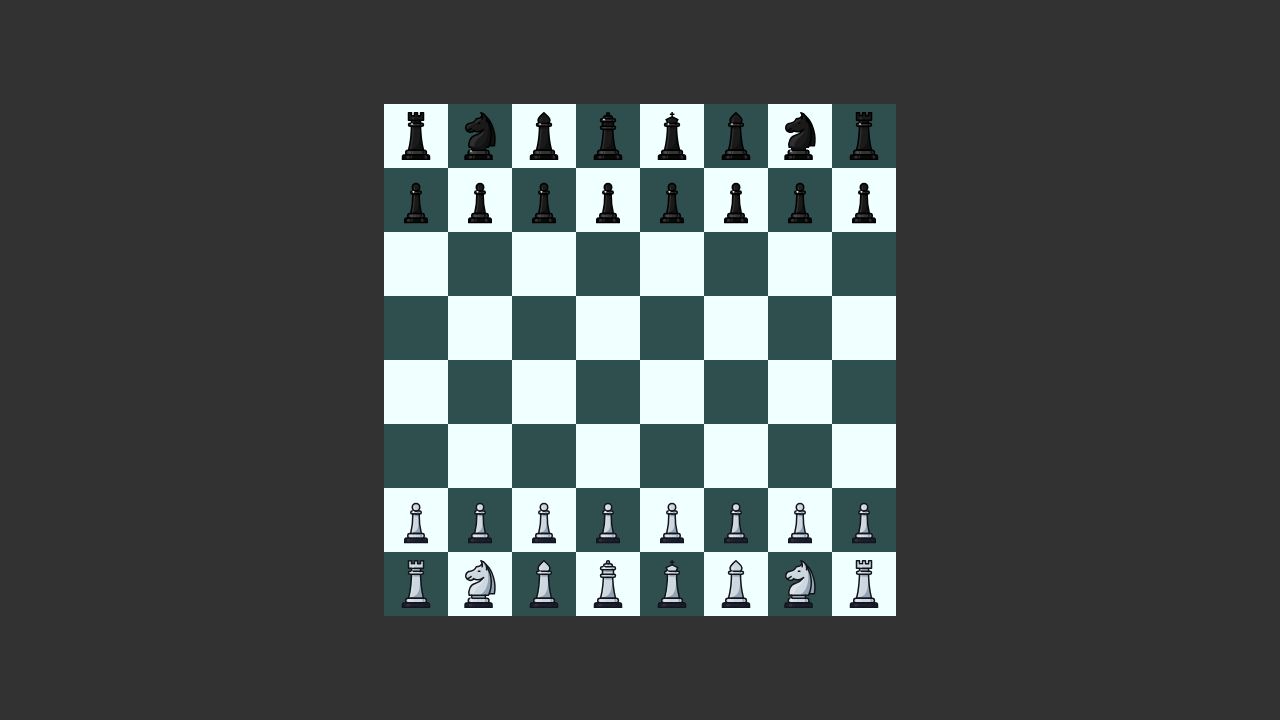
Repository: Mirsmog/react-chess
Page: /
An editor plug-in stored every save of this project. The page is shown before and after the next save, followed by the edit.
The browser window is 1280 px wide. The pictures show the whole page.
The project was rebuilt for these pictures with package versions that can differ from the ones it lists, and the page was loaded fresh each time. Also part of the build but not shown: vite.config.ts.

Above is the page before, as saved 2023-10-28 14:58:19.

### src/App.tsx
import BoardComponent from '@/components/BoardComponent';
import { Board } from './models/Board';
import React from 'react';

const App = () => {
  const [board, setBoard] = React.useState(new Board());

  React.useEffect(() => {
    restart();
  }, []);

  function restart() {
    const newBoard = new Board();
    newBoard.initCells();
    newBoard.addFigures()
    setBoard(newBoard);
  }
  return (
    <div className='app'>
      <BoardComponent board={board} setBoard={setBoard} />
    </div>
  );
};

export default App;

### src/index.css
:root {
  --sell-size: 64px;
}

* {
  margin: 0;
  padding: 0;
}

.app {
  background-color: #323232;
  width: 100vw;
  height: 100vh;
  display: flex;
  justify-content: center;
  align-items: center;
}

.board {
  display: flex;
  width: calc(var(--sell-size) * 8);
  height: calc(var(--sell-size) * 8);
  flex-wrap: wrap;
}

.cell {
  width: var(--sell-size);
  height: var(--sell-size);
  display: flex;
  justify-content: center;
  align-items: center;
}

.cell img {
  width: 48px;
  height: 48px;
  position: relative;
}

img[src*="/src/assets/pawn-white.svg"],
img[src*="/src/assets/pawn-black.svg"] {
  /* transform: scale(1.18); */
  transform: translateY(3px);
}

.black {
  background-color: darkslategrey;
}

.white {
  background-color: azure;
}

### src/components/BoardComponent.tsx
import { Board } from '@/models/Board';
import React from 'react';
import CellComponent from './CellComponent';

type Props = {
  board: Board;
  setBoard: (board: Board) => void;
};

const BoardComponent: React.FC<Props> = ({ board, setBoard }) => {
  return (
    <div className='board'>
      {board.cells.map((row, index) => (
        <React.Fragment key={index}>
          {row.map((cell) => (
            <CellComponent key={cell.id} cell={cell} />
          ))}
        </React.Fragment>
      ))}
    </div>
  );
};

export default BoardComponent;

### src/models/Board.ts
import { Cell } from './Cell';
import { Colors } from './Colors';
import { Bishop } from './figures/Bishop';
import { King } from './figures/King';
import { Knight } from './figures/Knight';
import { Pawn } from './figures/Pawn';
import { Queen } from './figures/Queen';
import { Rook } from './figures/Rook';

export class Board {
  cells: Cell[][] = [];

  public initCells() {
    for (let i = 0; i < 8; i++) {
      const row: Cell[] = [];
      for (let j = 0; j < 8; j++) {
        if ((i + j) % 2 !== 0) {
          row.push(new Cell(this, j, i, Colors.BLACK, null)); // black
        } else {
          row.push(new Cell(this, j, i, Colors.WHITE, null)); // white
        }
      }
      this.cells.push(row);
    }
  }
  public getCell(x: number, y: number) {
    return this.cells[y][x];
  }

  private addPawns() {
    for (let i = 0; i < 8; i++) {
      new Pawn(Colors.BLACK, this.getCell(i, 1));
      new Pawn(Colors.WHITE, this.getCell(i, 6));
    }
  }
  private addKings() {
    new King(Colors.BLACK, this.getCell(4, 0));
    new King(Colors.WHITE, this.getCell(4, 7));
  }
  private addQueens() {
    new Queen(Colors.BLACK, this.getCell(3, 0));
    new Queen(Colors.WHITE, this.getCell(3, 7));
  }
  private addBishops() {
    new Bishop(Colors.BLACK, this.getCell(2, 0));
    new Bishop(Colors.BLACK, this.getCell(5, 0));
    new Bishop(Colors.WHITE, this.getCell(2, 7));
    new Bishop(Colors.WHITE, this.getCell(5, 7));
  }
  private addKnights() {
    new Knight(Colors.BLACK, this.getCell(1, 0));
    new Knight(Colors.BLACK, this.getCell(6, 0));
    new Knight(Colors.WHITE, this.getCell(1, 7));
    new Knight(Colors.WHITE, this.getCell(6, 7));
  }
  private addRooks() {
    new Rook(Colors.BLACK, this.getCell(0, 0));
    new Rook(Colors.BLACK, this.getCell(7, 0));
    new Rook(Colors.WHITE, this.getCell(0, 7));
    new Rook(Colors.WHITE, this.getCell(7, 7));
  }

  public addFigures() {
    this.addKings();
    this.addBishops();
    this.addKnights();
    this.addQueens();
    this.addPawns();
    this.addRooks();
  }
}

### src/components/CellComponent.tsx
import { Cell } from '@/models/Cell';
import React from 'react';

type Props = {
  cell: Cell;
};

const CellComponent: React.FC<Props> = ({ cell }) => {
  return (
    <div className={`cell ${cell.color}`}>
      {cell.figure?.logo && (
        <img src={cell.figure.logo} alt={cell.figure.logo} />
      )}
    </div>
  );
};

export default CellComponent;

### src/models/Cell.ts
import { Board } from './Board';
import { Colors } from './Colors';
import { Figure } from './figures/Figure';

export class Cell {
  readonly x: number;
  readonly y: number;
  readonly color: Colors;
  figure: Figure | null;
  board: Board;
  available: boolean;
  id: number;

  constructor(
    board: Board,
    x: number,
    y: number,
    color: Colors,
    figure: Figure | null
  ) {
    this.board = board;
    this.figure = figure;
    this.color = color;
    this.x = x;
    this.y = y;
    this.available = false;
    this.id = Math.random();
  }
}

### src/models/Colors.ts
export enum Colors {
  BLACK = 'black',
  WHITE = 'white',
}

### src/models/figures/Bishop.ts
import { Cell } from '../Cell';
import { Colors } from '../Colors';
import { Figure, FigureName } from './Figure';
import bishopBlack from '@/assets/bishop-black.svg';
import bishopWhite from '@/assets/bishop-white.svg';
export class Bishop extends Figure {
  constructor(color: Colors, cell: Cell) {
    super(color, cell);
    this.logo = color === Colors.BLACK ? bishopBlack : bishopWhite;
    this.name = FigureName.BISHOP
  }
}

### src/models/figures/King.ts
import { Cell } from '../Cell';
import { Colors } from '../Colors';
import { Figure, FigureName } from './Figure';
import kingBlack from '@/assets/king-black.svg';
import kingWhite from '@/assets/king-white.svg';
export class King extends Figure {
  constructor(color: Colors, cell: Cell) {
    super(color, cell);
    this.logo = color === Colors.BLACK ? kingBlack : kingWhite;
    this.name = FigureName.KING
  }
}

### src/models/figures/Knight.ts
import { Cell } from '../Cell';
import { Colors } from '../Colors';
import { Figure, FigureName } from './Figure';
import knightBlack from '@/assets/knight-black.svg';
import knightWhite from '@/assets/knight-white.svg';
export class Knight extends Figure {
  constructor(color: Colors, cell: Cell) {
    super(color, cell);
    this.logo = color === Colors.BLACK ? knightBlack : knightWhite;
    this.name = FigureName.KNIGHT
  }
}

### src/models/figures/Pawn.ts
import { Cell } from '../Cell';
import { Colors } from '../Colors';
import { Figure, FigureName } from './Figure';
import pawnBlack from '@/assets/pawn-black.svg';
import pawnWhite from '@/assets/pawn-white.svg';
export class Pawn extends Figure {
  constructor(color: Colors, cell: Cell) {
    super(color, cell);
    this.logo = color === Colors.BLACK ? pawnBlack : pawnWhite;
    this.name = FigureName.PAWN
  }
}

### src/models/figures/Queen.ts
import { Cell } from '../Cell';
import { Colors } from '../Colors';
import { Figure, FigureName } from './Figure';
import queenBlack from '@/assets/queen-black.svg';
import queenWhite from '@/assets/queen-white.svg';
export class Queen extends Figure {
  constructor(color: Colors, cell: Cell) {
    super(color, cell);
    this.logo = color === Colors.BLACK ? queenBlack : queenWhite;
    this.name = FigureName.QUEEN
  }
}

### src/models/figures/Rook.ts
import { Cell } from '../Cell';
import { Colors } from '../Colors';
import { Figure, FigureName } from './Figure';
import rookBlack from '@/assets/rook-black.svg';
import rookWhite from '@/assets/rook-white.svg';
export class Rook extends Figure {
  constructor(color: Colors, cell: Cell) {
    super(color, cell);
    this.logo = color === Colors.BLACK ? rookBlack : rookWhite;
    this.name = FigureName.ROOK;
  }
}

### src/models/figures/Figure.ts
import { Cell } from '../Cell';
import { Colors } from '../Colors';
import logo from '@/assets/bishop-black.svg';

import queenBlack from '@/assets/queen-black.svg';
import bishopBlack from '@/assets/bishop-black.svg';
import rookBlack from '@/assets/rook-black.svg';
import knightBlack from '@/assets/knight-black.svg';
import pawnBlack from '@/assets/pawn-black.svg';

import queenWhite from '@/assets/queen-white.svg';
import bishopWhite from '@/assets/bishop-white.svg';
import rookWhite from '@/assets/rook-white.svg';
import knightWhite from '@/assets/knight-white.svg';
import pawnWhite from '@/assets/pawn-white.svg';

export enum FigureName {
  FIGURE = 'figure',
  KING = 'king',
  QUEEN = 'queen',
  ROOK = 'rook',
  BISHOP = 'bishop',
  PAWN = 'pawn',
  KNIGHT = 'knight',
}


export class Figure {
  color: Colors;
  logo: typeof logo | null;
  cell: Cell;
  name: FigureName;
  id: number;

  constructor(color: Colors, cell: Cell) {
    this.color = color;
    this.cell = cell;
    this.cell.figure = this;
    this.logo = null;
    this.name = FigureName.FIGURE;
    this.id = Math.random();
  }

  canMove(target: Cell): boolean {
    return true;
  }
  moveFigure(target: Cell) {}
}

Loaded but not shown: index.html (common file); src/main.tsx (common file)

After the next save:
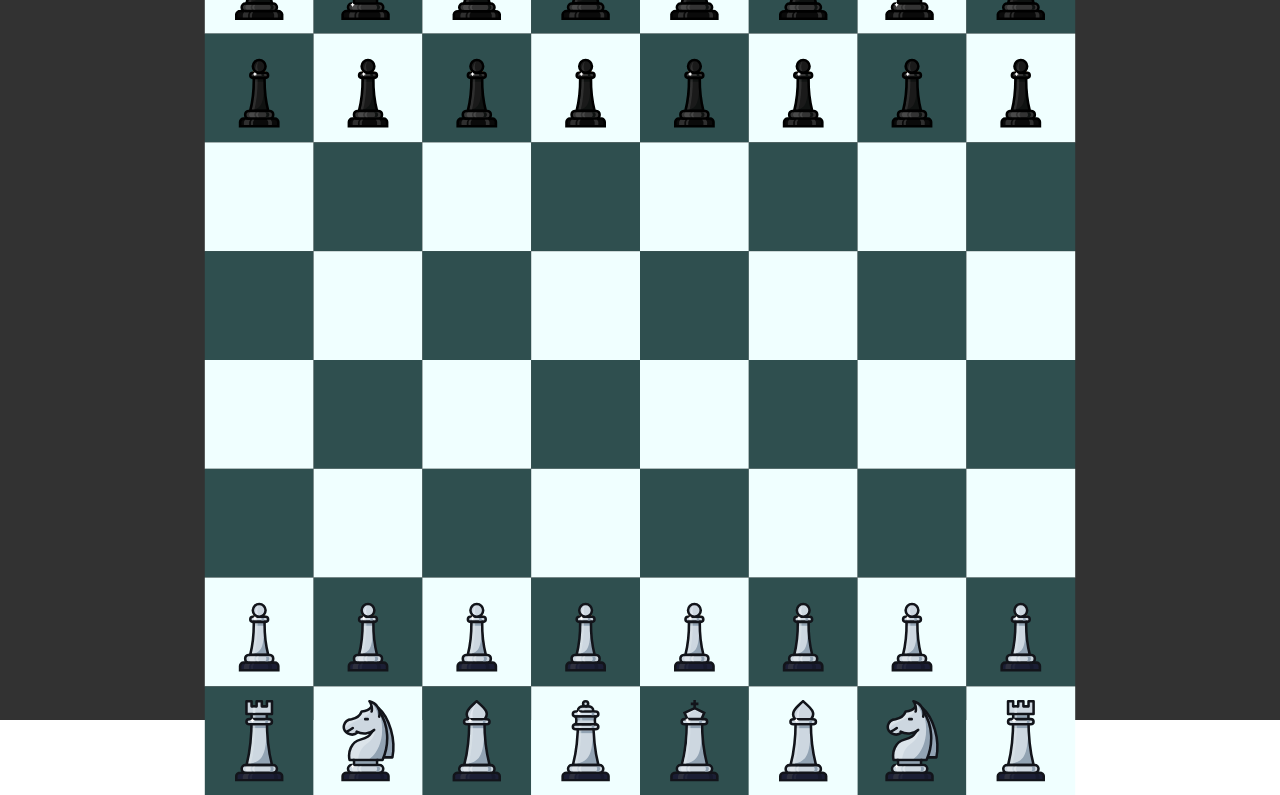
Saved 44 min 22 s later.
--- a/src/index.css
+++ b/src/index.css
@@ -21,6 +21,7 @@
   width: calc(var(--sell-size) * 8);
   height: calc(var(--sell-size) * 8);
   flex-wrap: wrap;
+  transform: scale(1.7);
 }
 
 .cell {

After the save that followed:
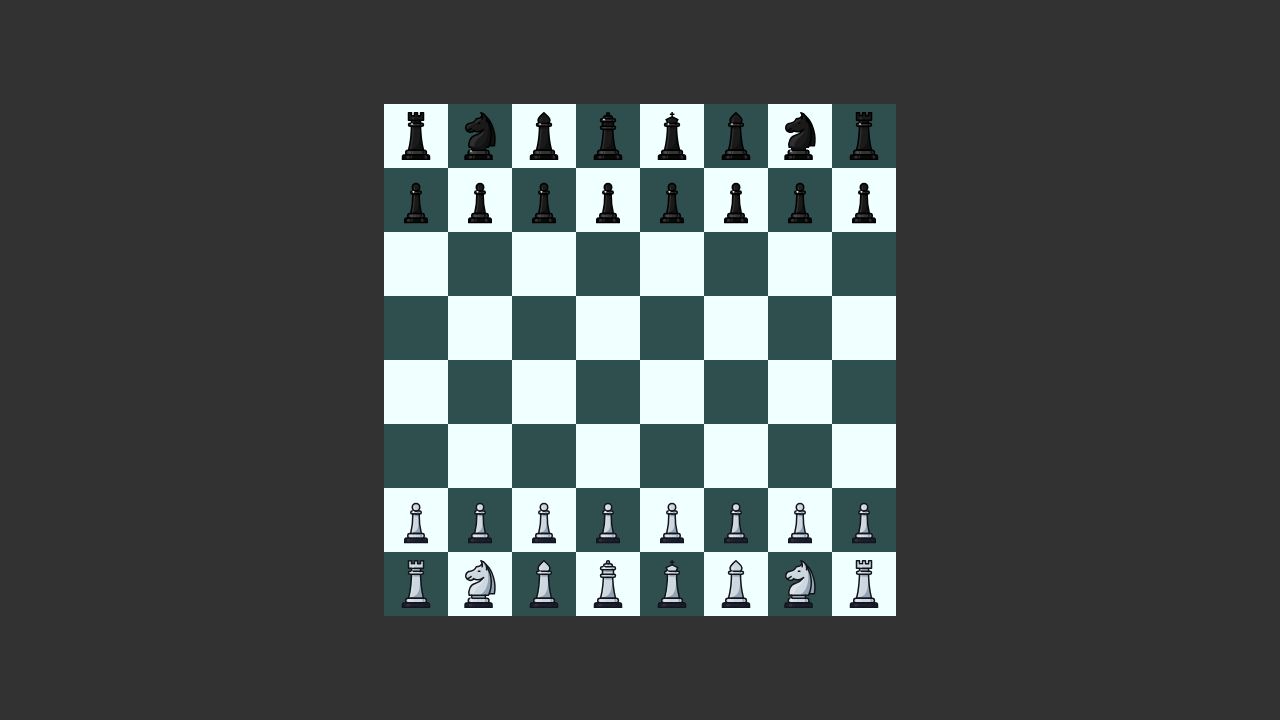
Saved 7 s later.
--- a/src/index.css
+++ b/src/index.css
@@ -21,7 +21,7 @@
   width: calc(var(--sell-size) * 8);
   height: calc(var(--sell-size) * 8);
   flex-wrap: wrap;
-  transform: scale(1.7);
+  /* transform: scale(1.7); */
 }
 
 .cell {
